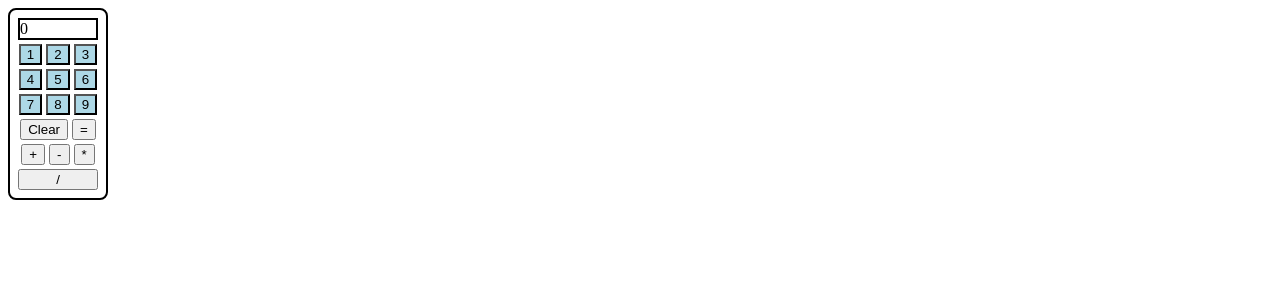
Repository: weazzyefff/Calculator-App
Page: index.html
These files come from the project's save history. The page is drawn as it stood at one moment and after the next save; the edit follows.
The browser window is 1280 px wide. The pictures show the whole page.

Above is the page before, as saved 2022-12-20 13:19:56.
Console error: TypeError: Cannot read properties of null (reading 'addEventListener')

After the next save:
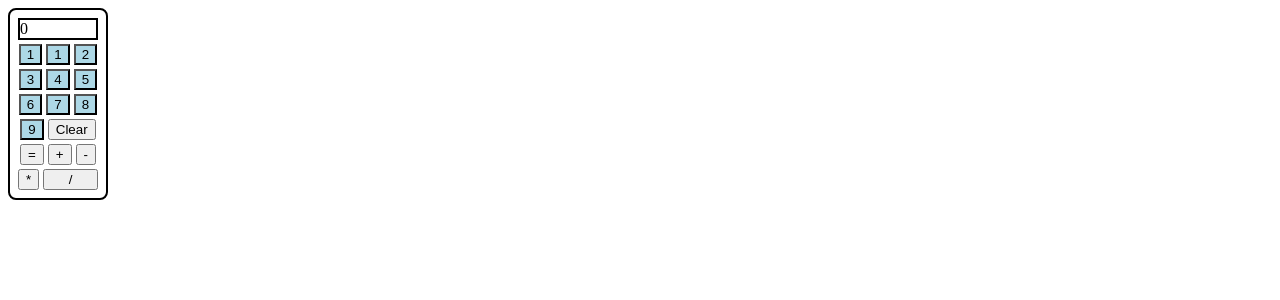
The error is gone.
Saved 27 s later.
--- a/index.html
+++ b/index.html
@@ -10,6 +10,7 @@
 <body>
     <div class="container">
         <div class="display">0</div>
+        <button type ="input" class="numbtn" id="0">1</button>
         <button type ="input" class="numbtn" id="1">1</button>
         <button type ="input" class="numbtn" id="2">2</button>
         <button type ="input" class="numbtn" id="3">3</button>
